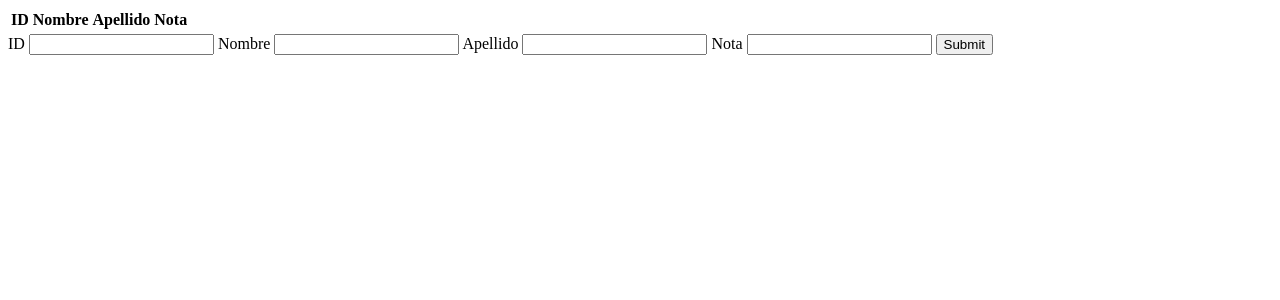
Repository: fespina96/bootcamp-ASJ
Page: Java/proyectoPrueba/src/main/resources/static/index.html
These files come from the project's save history. The page is drawn as it stood at one moment and after the next save; the edit follows.
The browser window is 1280 px wide. The pictures show the whole page.

Above is the page before, as saved 2024-01-19 14:30:39.

After the next save:
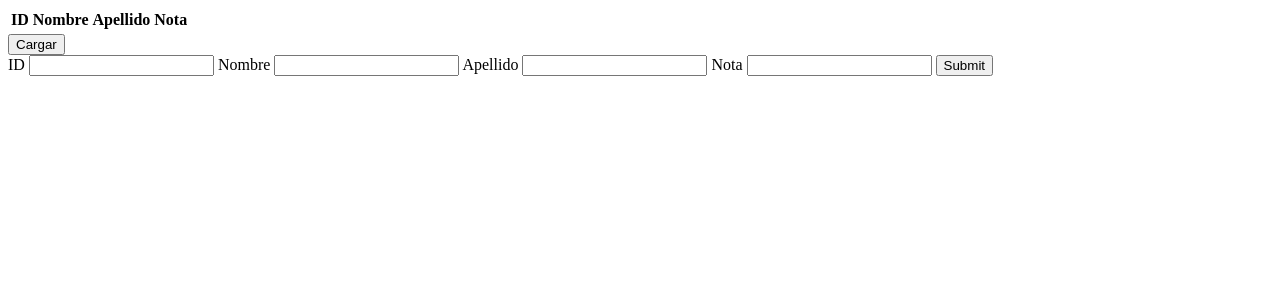
Saved 18 s later.
--- a/Java/proyectoPrueba/src/main/resources/static/index.html
+++ b/Java/proyectoPrueba/src/main/resources/static/index.html
@@ -19,6 +19,7 @@
 			</tr>
 		</tbody>
 	</table>
+	<button>Cargar</button>
 	<form method="post" action="localhost8080/alumnos/add">
 		<label>ID</label>
 		<input id="id"></input>
@@ -32,7 +33,7 @@
 	</form>
 
 	<script>
-		alert("Hola");
+
 	</script>
 </body>
 </html>
